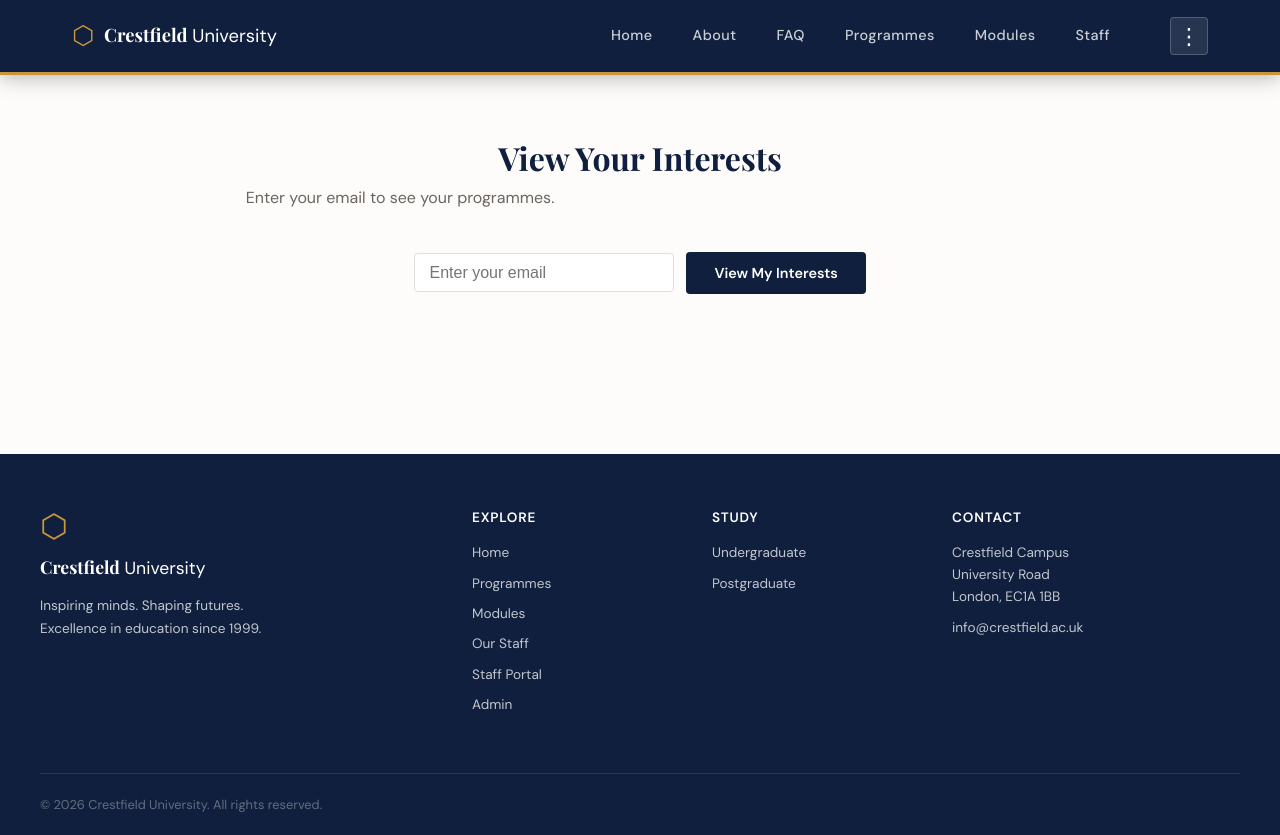
Repository: dowrinprity-blip/Web-Project
Page: http://localhost/University/my-interests.php
These files come from the project's save history. The page is drawn as it stood at one moment and after the next save; the edit follows.
The browser window is 1280 px wide. The pictures show the whole page.
The page is run by PHP 8.4 with error messages shown; the project is at /var/www/html/.

Above is the page before, as saved 2026-03-25 20:41:58.

After the next save:
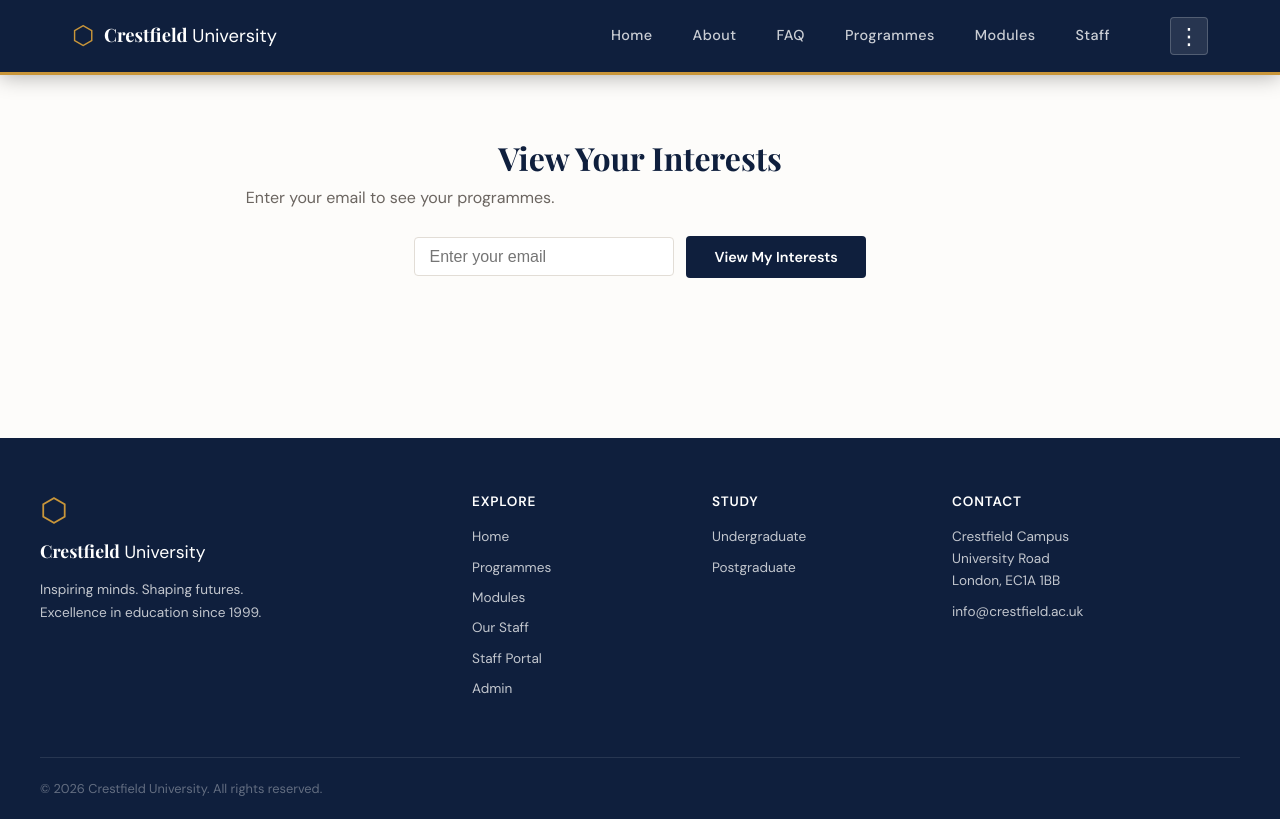
Saved 3 min 26 s later.
--- a/my-interests.php
+++ b/my-interests.php
@@ -52,10 +52,12 @@ if (!empty($email)) {
 <section class="section">
     <div class="section-inner" style="max-width:1000px;margin:0 auto;">
 
-        <div class="section-header" style="text-align:center;">
-            <h2>View Your Interests</h2>
-            <p>Enter your email to see your programmes.</p>
-        </div>
+        <div class="section-header" style="text-align:center;margin-bottom:1.5rem;">
+    <h2>View Your Interests</h2>
+    <p style="margin-top:.5rem;color:var(--text-muted);">
+        Enter your email to see your programmes.
+    </p>
+</div>
 
         <!-- FORM -->
         <form method="POST" action="" style="text-align:center;margin-bottom:2rem;">
